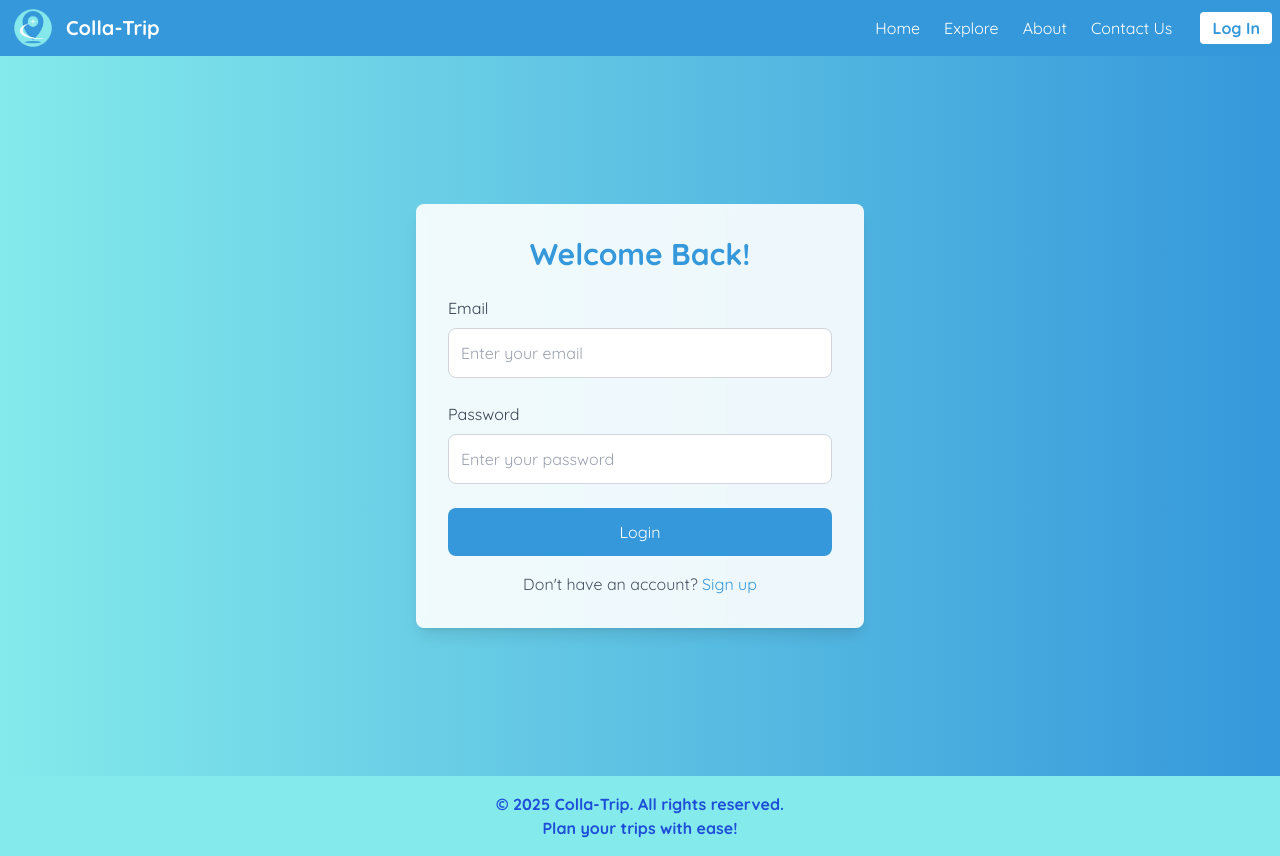
Repository: khuynh134/Colla-Trip
Page: /loginpage
The author's editor kept a copy of each file at every save. The page is drawn from the files as they stood at one save, then again after a run of saves.
The browser window is 1280 px wide. The pictures show the whole page.
The project was rebuilt for these pictures with package versions that can differ from the ones it lists, and the page was loaded fresh each time. The framework's server and built-in components were replaced by stand-ins that run in the browser. Also part of the build but not shown: svelte.config.js, vite.config.ts.

Above is the page before, as saved 2025-04-27 13:49:17.

After the next 3 saves:
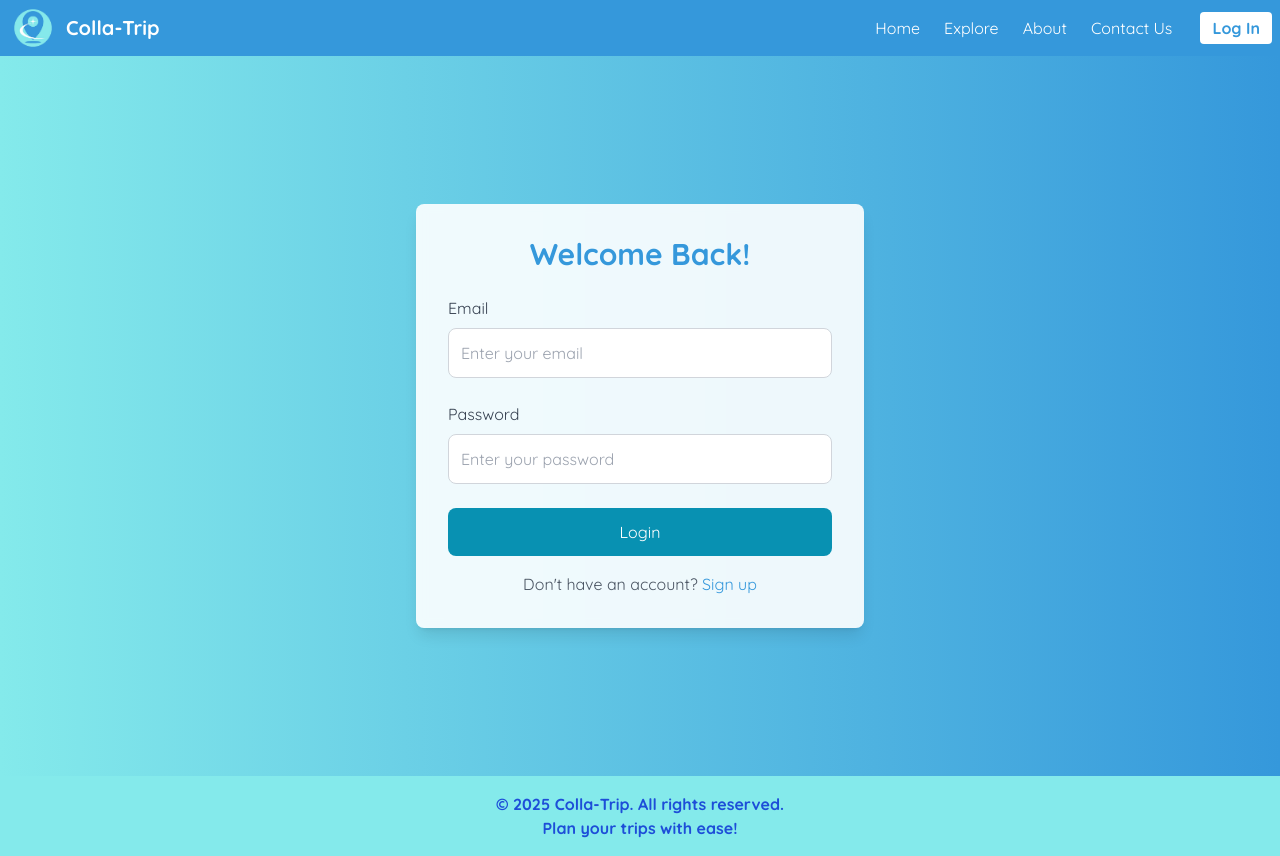
The 3 saves are shown as one change because 2 did not build or start.
The last was saved 3 min 16 s later.
--- a/src/routes/loginpage/+page.svelte
+++ b/src/routes/loginpage/+page.svelte
@@ -1,63 +1,47 @@
 <script lang="ts">
-	import '../../app.css';
 	import { auth, signInWithEmailAndPassword } from '$lib/firebase';
-	import { user as userStore, isAuthenticated } from '$lib/stores/authStore';
+	import { page } from '$app/stores';
 	import { goto } from '$app/navigation';
-	import { page } from '$app/stores';
+	import { get } from 'svelte/store';
 
 	let email = '';
 	let password = '';
+	let loading = false;
 	let error = '';
-	let loading = false;
 
-	// Handle token from URL if it exists
+	let inviteCode = '';
 	let token = '';
-	let inviteCode = '';
-	let showInviteInput = false;
-
-	// Reactive: get token from URL
 	$: token = $page.url.searchParams.get('token') || '';
 
-	function handleSignUpClick(event: Event) {
-		event.preventDefault();
-		goto('/signuppage');
-	}
+	let loggedIn = false;
+	let inviteAcceptSuccess: boolean | null = null;
+	let inviteAcceptError = '';
 
 	async function handleLogin(event: Event) {
 		event.preventDefault();
 		loading = true;
 		error = '';
 
-		console.log("Login attempt with:", email);
-
 		try {
-			const result = await signInWithEmailAndPassword(auth as any, email, password);
-			console.log("Login successful - user:", result.user.uid);
-
-			setTimeout(() => {
-				console.log("Checking auth state after login:", {
-					isAuthenticated: $isAuthenticated,
-					user: $userStore ? $userStore.email : null
-				});
-
-				// If token exists, show invite code input
-				if (token) {
-					showInviteInput = true;
-				} else {
-					goto('/dashboardpage');
-				}
-			}, 1000);
-		} catch (error: any) {
-			console.error("Login error:", error.code, error.message);
-			error = error.message;
+			await signInWithEmailAndPassword(auth, email, password);
+			loggedIn = true;
+		} catch (err: any) {
+			console.error('Login error:', err);
+			error = 'Invalid email or password.';
 		} finally {
 			loading = false;
 		}
 	}
 
-	async function submitInviteCode() {
-		if (!inviteCode) {
-			error = 'Please enter your invitation code.';
+	async function handleAcceptInvite() {
+		if (!auth.currentUser) {
+			inviteAcceptError = 'You must be logged in.';
+			return;
+		}
+
+		const userEmail = auth.currentUser.email;
+		if (!userEmail) {
+			inviteAcceptError = 'Missing user email.';
 			return;
 		}
 
@@ -65,21 +49,20 @@
 			const res = await fetch('/api/accept-invite', {
 				method: 'POST',
 				headers: { 'Content-Type': 'application/json' },
-				body: JSON.stringify({
-					token,
-					invite_code: inviteCode
-				})
+				body: JSON.stringify({ token, invite_code: inviteCode, email: userEmail })
 			});
 
 			if (res.ok) {
-				goto('/tripspage');
+				inviteAcceptSuccess = true;
 			} else {
 				const errorData = await res.json();
-				error = errorData.error || 'Failed to accept invitation.';
+				inviteAcceptError = errorData.error || 'Failed to accept invite.';
+				inviteAcceptSuccess = false;
 			}
 		} catch (err) {
 			console.error('Error accepting invite:', err);
-			error = 'Something went wrong.';
+			inviteAcceptError = 'Something went wrong. Please try again.';
+			inviteAcceptSuccess = false;
 		}
 	}
 </script>
@@ -89,20 +72,21 @@
 		<h1 class="text-3xl font-bold text-[#3598db] mb-6 text-center">Welcome Back!</h1>
 
 		{#if error}
-			<div class="p-3 bg-red-100 text-red-700 rounded-lg">{error}</div>
+			<div class="p-3 bg-red-100 text-red-700 rounded-lg mb-4">{error}</div>
 		{/if}
 
-		{#if !showInviteInput}
-			<form on:submit|preventDefault={handleLogin} class="space-y-6">
+		{#if !loggedIn}
+			<!-- Login Form -->
+			<form on:submit={handleLogin} class="space-y-6">
 				<div>
 					<label for="email" class="block text-gray-700 mb-2">Email</label>
 					<input
 						id="email"
 						type="email"
 						bind:value={email}
+						required
 						placeholder="Enter your email"
-						required
-						class="w-full p-3 border border-gray-300 rounded-lg focus:ring-2 focus:ring-[#3598db] focus:border-transparent"
+						class="w-full p-3 border border-gray-300 rounded-lg focus:ring-2 focus:ring-cyan-400 focus:border-transparent"
 					/>
 				</div>
 
@@ -112,15 +96,15 @@
 						id="password"
 						type="password"
 						bind:value={password}
+						required
 						placeholder="Enter your password"
-						required
-						class="w-full p-3 border border-gray-300 rounded-lg focus:ring-2 focus:ring-[#3598db] focus:border-transparent"
+						class="w-full p-3 border border-gray-300 rounded-lg focus:ring-2 focus:ring-cyan-400 focus:border-transparent"
 					/>
 				</div>
 
 				<button
 					type="submit"
-					class="w-full bg-[#3598db] text-white py-3 rounded-lg hover:bg-[#3598db]/90 transition-colors"
+					class="w-full bg-cyan-600 text-white py-3 rounded-lg hover:bg-cyan-700 transition-colors"
 					disabled={loading}
 				>
 					{loading ? 'Logging in...' : 'Login'}
@@ -129,28 +113,36 @@
 
 			<p class="mt-4 text-center text-gray-600">
 				Don't have an account?
-				<a href="/signuppage" class="text-[#3598db] hover:underline" on:click|preventDefault={handleSignUpClick}>
+				<a href="/signuppage" class="text-[#3598db] hover:underline">
 					Sign up
 				</a>
 			</p>
-		{:else}
-			<!-- Invite Code Input -->
-			<div class="space-y-6">
-				<p class="text-gray-700 text-center">Enter your invitation code:</p>
-				<input
-					type="text"
-					bind:value={inviteCode}
-					placeholder="6-digit code"
-					class="w-full p-3 border border-gray-300 rounded-lg focus:ring-2 focus:ring-[#3598db] focus:border-transparent"
-					required
-				/>
+		{:else if token}
+			<!-- After login, if token exists, show Accept Invite -->
+			<div class="mt-10 p-6 bg-white rounded-lg shadow-md text-center">
+				<h2 class="text-2xl font-bold mb-4 text-cyan-700">Join Your Trip!</h2>
 
-				<button
-					on:click={submitInviteCode}
-					class="w-full bg-cyan-600 text-white py-3 rounded-lg hover:bg-cyan-700 transition-all"
-				>
-					Submit Code
-				</button>
+				{#if inviteAcceptSuccess}
+					<p class="text-green-600 font-semibold mb-4">🎉 Invite accepted! You are now part of the trip!</p>
+					<a href="/tripspage" class="text-cyan-600 underline">Go to Trips</a>
+				{:else}
+					{#if inviteAcceptError}
+						<p class="text-red-600 font-semibold mb-4">{inviteAcceptError}</p>
+					{/if}
+
+					<input
+						type="text"
+						placeholder="Enter your 6-digit invite code"
+						bind:value={inviteCode}
+						class="w-full p-3 border border-gray-300 rounded-lg focus:ring-2 focus:ring-cyan-400 focus:border-transparent mb-4"
+					/>
+					<button
+						on:click={handleAcceptInvite}
+						class="w-full bg-cyan-600 text-white py-3 rounded-lg hover:bg-cyan-700 transition-all"
+					>
+						Accept Invite
+					</button>
+				{/if}
 			</div>
 		{/if}
 	</div>
